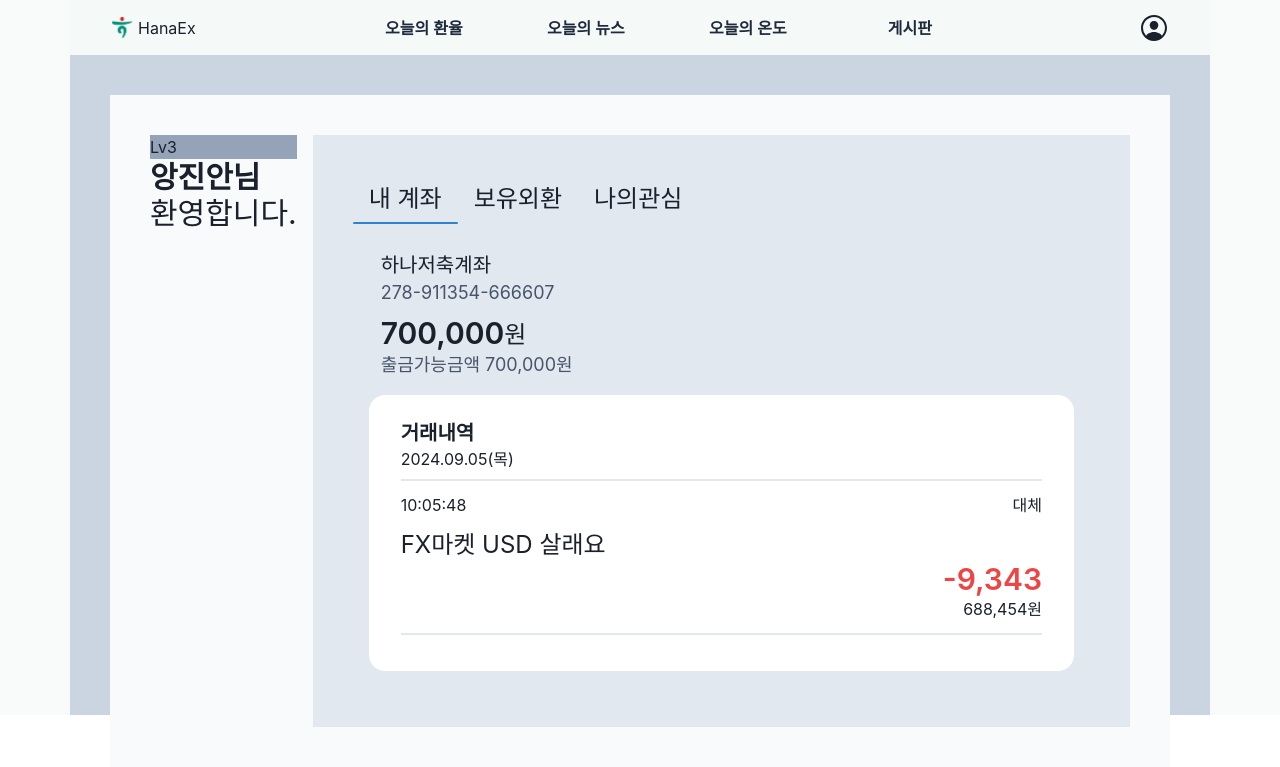
Repository: HANAEX/FRONT
Page: /My
These files come from the project's save history. The page is drawn as it stood at one moment and after the next save; the edit follows.
The browser window is 1280 px wide. The pictures show the whole page.
The project was rebuilt for these pictures with package versions that can differ from the ones it lists, and the page was loaded fresh each time. Also part of the build but not shown: src/components/ChartCard.js, src/components/FlowText.js, src/pages/MainPage.js, src/pages/LoginPage.js, src/components/Toggle.js, src/components/SementicCard.js, src/data/imageMapper.js, src/data/countryMapper.js and 32 more.

Above is the page before, as saved 2024-09-05 17:06:08.

### src/App.js
import { BrowserRouter, Route, Routes } from 'react-router-dom';
import { ChakraProvider } from '@chakra-ui/react'
import MainPage from './pages/MainPage';
import LoginPage from './pages/LoginPage';
import MyPage from './pages/MyPage';
import SemanticPage from './pages/SemanticPage';
import NewsPage from './pages/NewsPage';
import BoardPage from './pages/BoardPage';
import AppOut from './AppOut';
import MainPageDetail from './pages/MainPageDetail';
import SemanticPageDetail from './pages/SemanticPageDetail';
import NewsPageDetail from './pages/NewsPageDetail';
import BoardPageDetail from './pages/BoardPageDetail';
import './css/style.css';

function App() {
  return (
    <ChakraProvider>
    <BrowserRouter>
    <Routes>
      <Route path='/' element={<AppOut />}>
        <Route path='' element={<MainPage />} />
        <Route path="Login" element={<LoginPage />}/>
        <Route path="My" element={<MyPage />} />
        <Route path="Semantic" element={<SemanticPage />} />
        <Route path="News" element={<NewsPage />} />
        <Route path="Board" element={<BoardPage />} />
        <Route path="Login" element={<LoginPage />} />
        <Route path="MainPageDetail" element={<MainPageDetail />} />
        <Route path="MainPageDetail/:id" element={<MainPageDetail />} />
        <Route path="SemanticPageDetail" element={<SemanticPageDetail />} />
        <Route path="SemanticPageDetail/:id" element={<SemanticPageDetail />} />
        <Route path="NewsPageDetail" element={<NewsPageDetail />} />
        <Route path="NewsPageDetail/:id" element={<NewsPageDetail />} />
        <Route path="BoardPageDetail" element={<BoardPageDetail />} />
      </Route>
    </Routes>
    </BrowserRouter>
    </ChakraProvider>
  );
}

export default App;

### src/pages/MyPage.js
import React from "react";
import {
  Tabs,
  TabList,
  TabPanels,
  Tab,
  TabPanel,
  TabIndicator,
} from "@chakra-ui/react";
import { Divider, Text } from "@chakra-ui/react";

const MyPage = () => {
  return (
    <div className="w-[1140px] h-[calc(100vh-60px)] flex flex-col py-10 px-10 bg-slate-300">
      <div className="bg-slate-50 p-10 flex">
        <div className="mr-4 ">
          <Text className="bg-slate-400 mr-15">Lv3</Text>
          <Text className="font-semibold text-3xl">앙진안님</Text>
          <Text className="text-3xl">환영합니다.</Text>
        </div>
        <div className="p-10 flex-grow bg-slate-200">
          <Tabs position="relative" variant="unstyled">
            <TabList>
              <Tab>
                <Text className="text-2xl">내 계좌</Text>
              </Tab>
              <Tab>
                <Text className="text-2xl">보유외환</Text>
              </Tab>
              <Tab>
                <Text className="text-2xl">나의관심</Text>
              </Tab>
            </TabList>
            <TabIndicator
              mt="-1.5px"
              height="2px"
              bg="blue.500"
              borderRadius="1px"
            />
            <TabPanels>
              <TabPanel>
                {/* 1번째 */}
                <div className='flex flex-col items-start ml-3'>
                  <Text className="font-medium text-xl mt-3">
                    하나저축계좌
                  </Text>
                  <Text className="text-slate-600 text-lg">
                    278-911354-666607
                  </Text>
                  <div className="flex items-end mt-2">
                    <Text className="font-semibold leading-0 text-3xl">
                      700,000
                    </Text>
                    <Text className="leading-0 text-2xl"> 원</Text>
                  </div>
                  <Text className="text-slate-600 text-lg">
                    출금가능금액 700,000원
                  </Text>
                </div>

                {/* 거래 내역 */}
                <div className="bg-white rounded-2xl px-8 py-6 mt-4">
                  <Text className="text-xl font-bold">거래내역</Text>
                  <Text>2024.09.05(목)</Text>
                  <div className="border bg-slate-600 my-2"></div>
                  <div className="w-full justify-between my-3 flex">
                    <Text>10:05:48</Text>
                    <Text>대체</Text>
                  </div>
                  <Text className="text-2xl">FX마켓 USD 살래요</Text>
                  <Text className="flex text-red-500 justify-end font-semibold text-3xl">
                    -9,343
                  </Text>
                  <Text className='flex justify-end'>
                    688,454원
                  </Text>
                  <div className="border bg-slate-600 my-3"></div>
                </div>
              </TabPanel>
              <TabPanel>
                <p>two!</p>
              </TabPanel>
              <TabPanel>
                <p>three!</p>
              </TabPanel>
            </TabPanels>
          </Tabs>
        </div>
      </div>
    </div>
  );
};

export default MyPage;

### src/AppOut.js
import React from 'react'
import { Outlet } from 'react-router'
import NavBar from './components/NavBar'

const AppOut = () => {
  return (
    <>
      <div className='w-screen flex justify-center bg-background'>
        <NavBar />
      </div>
      <div className='w-screen flex justify-center bg-background'>
        <Outlet />
      </div>
    </>
  )
}

export default AppOut

### src/css/style.css
#app {
  height: 100%;
}
html,
body {
  position: relative;
  height: 100%;
}
.swiper {
  width: 100%;
  height: 100%;
  margin-top: 20px;
}
.swiper-slide {
  text-align: center;
  font-size: 18px;
  background: transparent;

  /* Center slide text vertically */
  display: flex;
  justify-content: center;
  /* align-items: center; */
}

.bg-background {
  background-color: #f1f6f47b;
}

.nav-button {
  background-color: #009577;
}

.marquee-color {
  background-color: #d4f7ec;
}

### src/components/NavBar.js
import React from 'react'
import Menu from './Menu'
import { IoPersonCircle, IoPersonCircleOutline } from "react-icons/io5";
import { Box, Image, Text, Divider } from "@chakra-ui/react";
import { Link } from 'react-router-dom';

const NavBar = () => {
  return (
    <nav className='w-[1140px] h-[55px] px-10 bg-background'>
      <div name="nav-container" className='w-full h-full flex items-center justify-between'>
        <div name='logobox' className='flex gap-1'>
        <Box className='w-[24px] h-[24px]'>
          <Image src="/image/hana_logo.png" alt='flag' />
        </Box>
          <Text name='title'>HanaEx</Text>
        </div>
        <div name='menus'className='h-full flex items-center gap-3'>
          <Link to={"/"}><Menu menu_name="오늘의 환율"/></Link>
          <Link to={"/News"}><Menu menu_name="오늘의 뉴스"/></Link>
          <Link to={"/Semantic"}><Menu menu_name="오늘의 온도"/></Link>
          <Link to={"/Board"}><Menu menu_name="게시판"/></Link>
        </div>
        <Link to={"/My"}>
          <IoPersonCircleOutline className='w-8 h-8'/>
          {/* <GoPerson className='w-6 h-6'/> */}
        </Link>

      </div>
      <div className='border'></div>
    </nav>
  )
}

export default NavBar

### src/components/Menu.js
import React from 'react'
import { Text } from "@chakra-ui/react";

const Menu = ({menu_name}) => {
  return (
    <div className='w-[150px] text-center rounded-full text-slate-800 leading-10 hover:bg-[#009577] hover:text-slate-50 transition duration-150 ease-in-out'>
      <Text className='font-semibold'>{menu_name}</Text>
    </div>
  )
}

export default Menu

### tailwind.config.js
/** @type {import('tailwindcss').Config} */
module.exports = {
  content: [
    "./src/**/*.{js,jsx,ts,tsx}",
    "./node_modules/react-tailwindcss-datepicker/dist/index.esm.js"
  ],
  theme: {
    extend: {},
  },
  plugins: [],
}

Loaded but not shown: public/index.html (common file); src/index.js (common file); src/index.css (common file); src/reportWebVitals.js (common file)

After the next save:
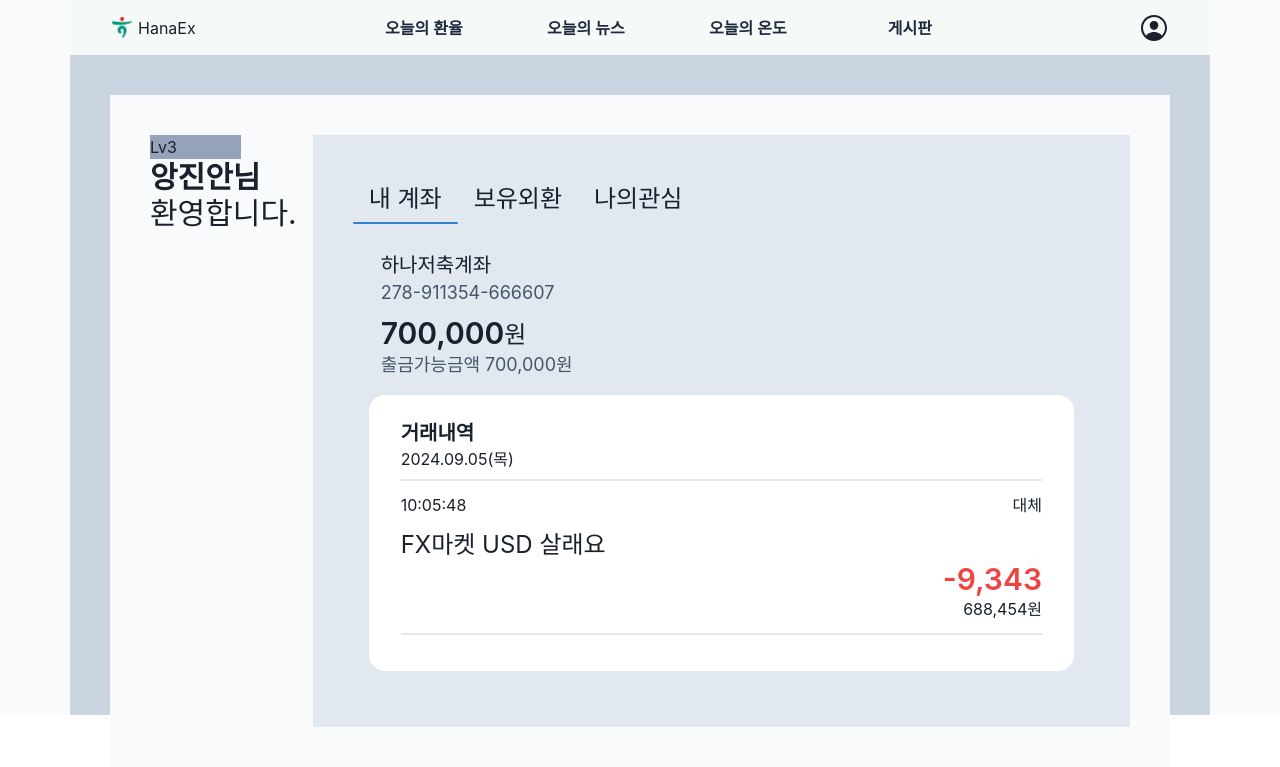
Saved 5 s later.
--- a/src/pages/MyPage.js
+++ b/src/pages/MyPage.js
@@ -14,7 +14,7 @@
     <div className="w-[1140px] h-[calc(100vh-60px)] flex flex-col py-10 px-10 bg-slate-300">
       <div className="bg-slate-50 p-10 flex">
         <div className="mr-4 ">
-          <Text className="bg-slate-400 mr-15">Lv3</Text>
+          <Text className="bg-slate-400 mr-14">Lv3</Text>
           <Text className="font-semibold text-3xl">앙진안님</Text>
           <Text className="text-3xl">환영합니다.</Text>
         </div>

After the save that followed:
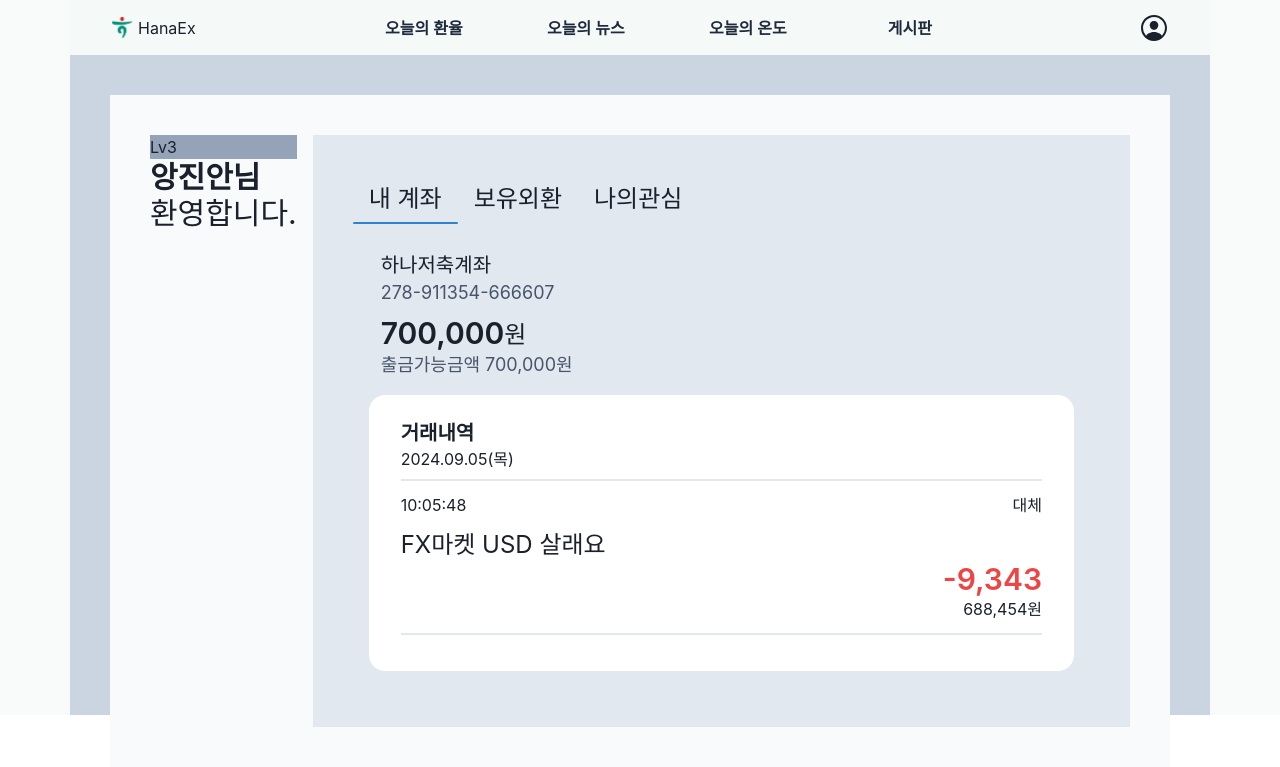
Saved 16 s later.
--- a/src/pages/MyPage.js
+++ b/src/pages/MyPage.js
@@ -14,7 +14,7 @@
     <div className="w-[1140px] h-[calc(100vh-60px)] flex flex-col py-10 px-10 bg-slate-300">
       <div className="bg-slate-50 p-10 flex">
         <div className="mr-4 ">
-          <Text className="bg-slate-400 mr-14">Lv3</Text>
+          <p className="bg-slate-400">Lv3</p>
           <Text className="font-semibold text-3xl">앙진안님</Text>
           <Text className="text-3xl">환영합니다.</Text>
         </div>
